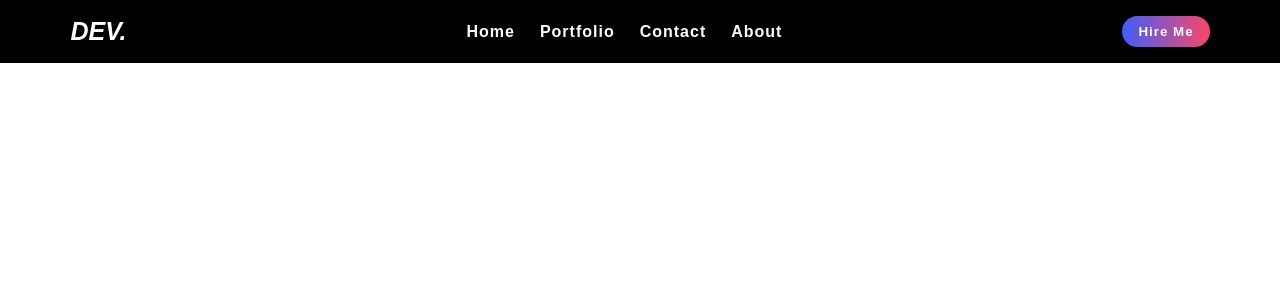
Repository: DevAntonioRogers/vanilla-responsive-navbar
Page: index.html
An editor plug-in stored every save of this project. The page is shown before and after the next save, followed by the edit.
The browser window is 1280 px wide. The pictures show the whole page.
Some web fonts or font styles are not loaded; a fallback is used.

Above is the page before, as saved 2023-06-04 21:26:25.
Console error: TypeError: Cannot read properties of null (reading 'addEventListener')

After the next save:
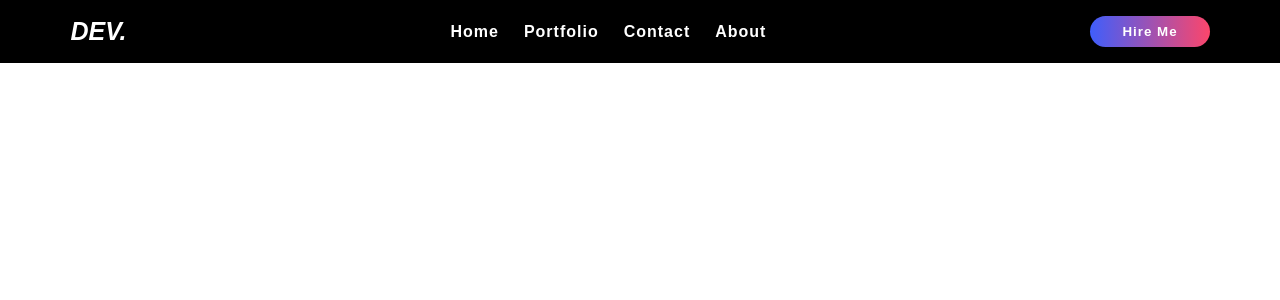
Saved 9 s later.
--- a/style.css
+++ b/style.css
@@ -53,7 +53,7 @@
   background: linear-gradient(to right, #3f5efb, #fc466b);
   color: white;
   border: none;
-  padding: 0.5rem 1rem;
+  padding: 0.5rem 2rem;
   font-weight: 600;
   letter-spacing: 1px;
   cursor: pointer;
